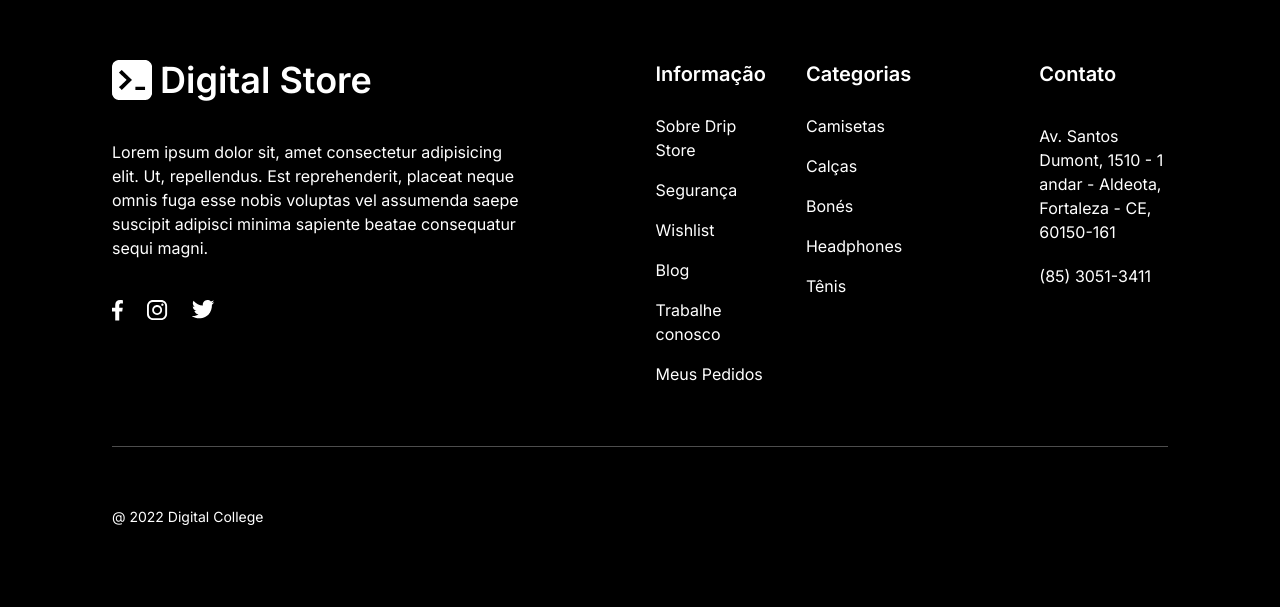
Repository: geracao-09/digital-store
Page: index.html
An editor plug-in stored every save of this project. The page is shown before and after a run of saves, followed by the edit.
The browser window is 1280 px wide. The pictures show the part of the page from y = 3410 to 4017 px (the page is 4017 px tall).
A picture or video elsewhere on the page could not be fetched, so the positions and the page height are approximate.

Above is the page before, as saved 2025-04-25 09:04:18.

After the next 2 saves:
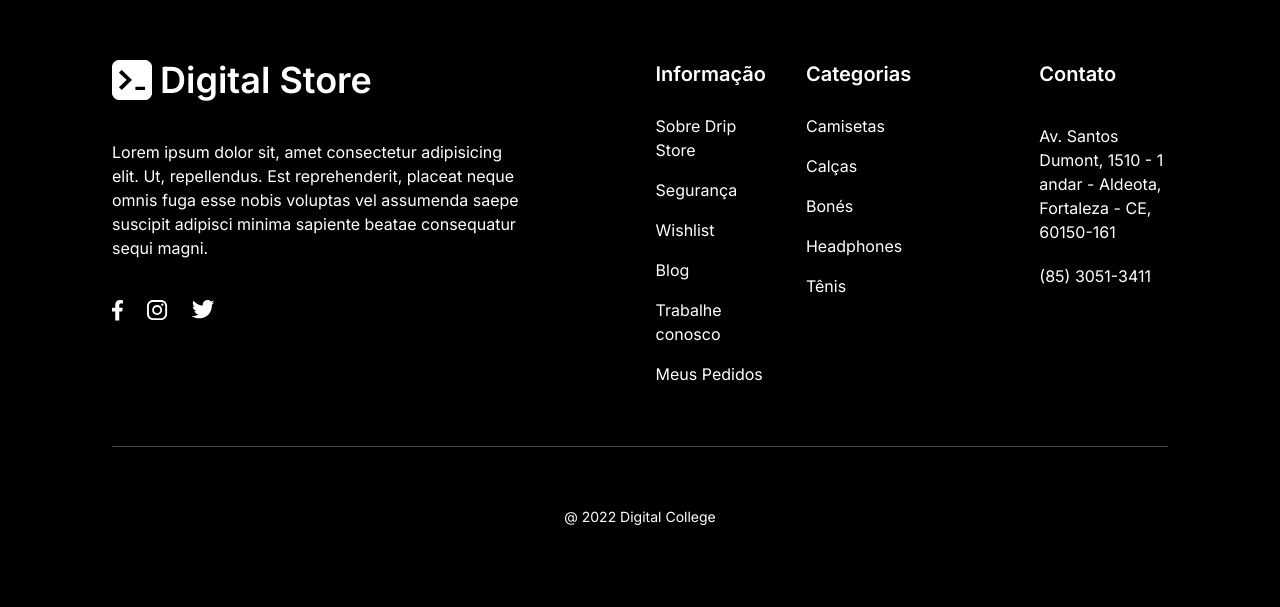
The 2 saves are shown as one change because they came seconds apart.
The last was saved 6 s later.
--- a/index.html
+++ b/index.html
@@ -384,7 +384,7 @@
         </div>
     </div>
     <hr class="opacity-30">
-    <div d>
+    <div class="text-center">
         <p class="text-sm">@ 2022 Digital College</p>
     </div>
 </footer>
